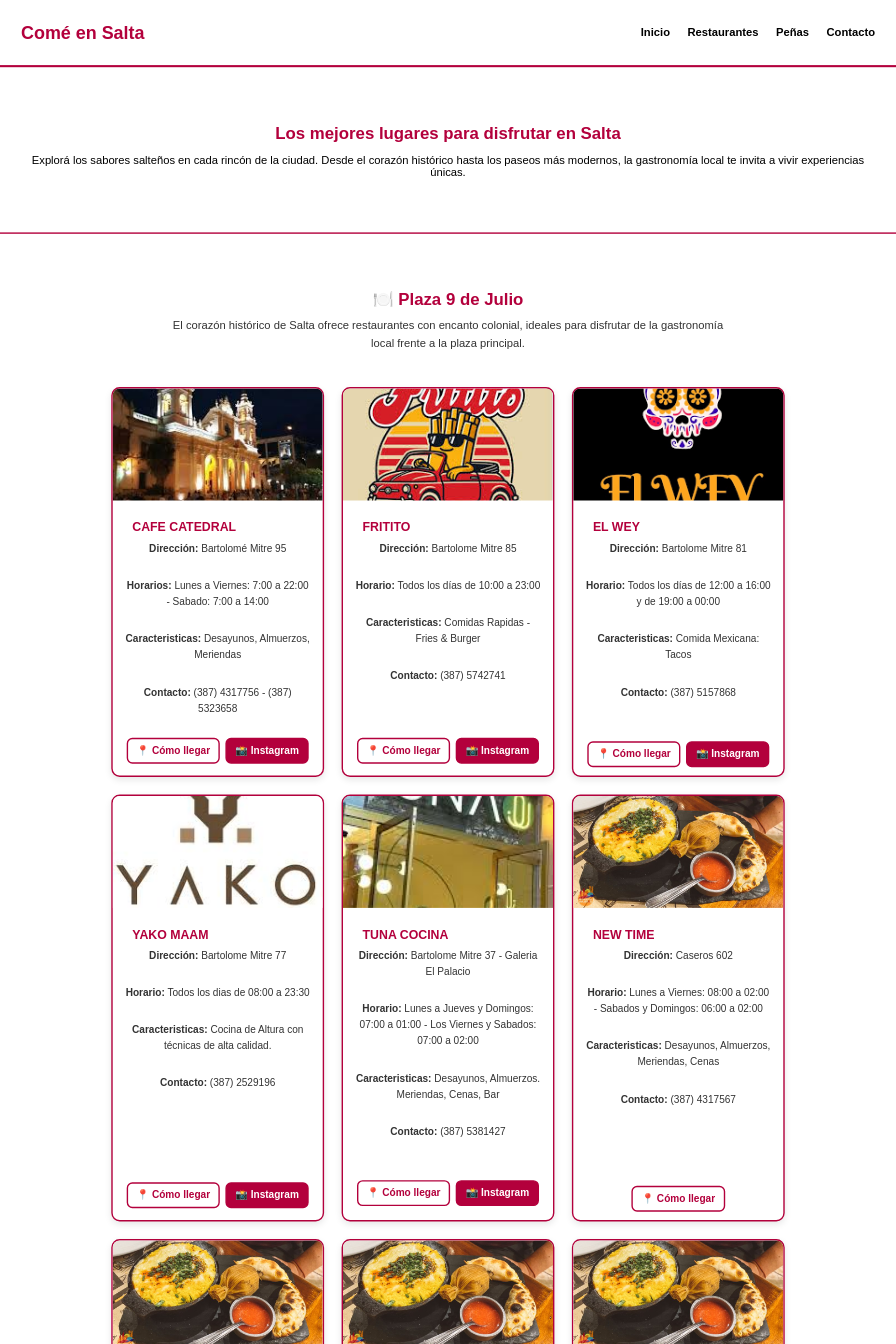
Repository: nahir95/come-en-salta
Page: restaurantes.html
An editor plug-in stored every save of this project. The page is shown before and after the next save, followed by the edit.
The browser window is 1280 px wide. The pictures show the part of the page from y = 0 to 1920 px (the page is 6195 px tall), at 70% of full size.

Above is the page before, as saved 2025-11-12 02:40:51.

### restaurantes.html
<!doctype html>
<html lang="es">
<head>
  <meta charset="utf-8" />
  <meta name="viewport" content="width=device-width, initial-scale=1" />
  <title>Restaurantes - Comé en Salta</title>
  <link rel="stylesheet" href="style.css">
</head>

<body>
  <header>
    <h1>Comé en Salta</h1>
    <nav>
      <a href="index.html">Inicio</a>
      <a href="restaurantes.html">Restaurantes</a>
      <a href="penas.html">Peñas</a>
      <a href="#contacto">Contacto</a>
    </nav>
  </header>

  <main class="restaurantes">
    <section class="intro">
      <h2>Los mejores lugares para disfrutar en Salta</h2>
      <p>Explorá los sabores salteños en cada rincón de la ciudad. Desde el corazón histórico hasta los paseos más modernos, la gastronomía local te invita a vivir experiencias únicas.</p>
    </section>

    <!-- PLAZA 9 DE JULIO -->
<section id="plaza9" class="zona">
  <h2>🍽️ Plaza 9 de Julio</h2>
  <p>El corazón histórico de Salta ofrece restaurantes con encanto colonial, ideales para disfrutar de la gastronomía local frente a la plaza principal.</p>

  <div class="zona-grid">

    <!-- Restaurante 1 -->
    <article class="card restaurante">
      <img src="imagenes/cafe-catedral.jpeg" alt="El Solar del Convento">
      <div class="card-content">
        <h3>CAFE CATEDRAL</h3>
        <p><strong>Dirección:</strong> Bartolomé Mitre 95</p>
        <p><strong>Horarios:</strong> Lunes a Viernes: 7:00 a 22:00 - Sabado: 7:00 a 14:00</p>
        <p><strong>Caracteristicas:</strong> Desayunos, Almuerzos, Meriendas</p>
        <p><strong>Contacto:</strong> (387) 4317756 - (387) 5323658</p>
        <div class="btns-resto">
          <a href="https://maps.app.goo.gl/VMKrjFsvunXBDcr2A" target="_blank" class="btn">📍 Cómo llegar</a>
          <a href="https://www.instagram.com/cafecatedral_?igsh=MnE1amYwa3dqeDF6" target="_blank" class="btn btn-secundario">📸 Instagram</a>
        </div>
      </div>
    </article>

    <!-- Restaurante 2 -->
    <article class="card restaurante">
      <img src="imagenes/fritito.jpeg" alt="Fritito">
      <div class="card-content">
        <h3>FRITITO</h3>
        <p><strong>Dirección:</strong> Bartolome Mitre 85</p>
        <p><strong>Horario:</strong> Todos los días de 10:00 a 23:00</p>
        <p><strong>Caracteristicas:</strong> Comidas Rapidas - Fries & Burger</p>
        <p><strong>Contacto:</strong> (387) 5742741</p> <br> <br>
        <div class="btns-resto">
          <a href="https://maps.app.goo.gl/fA5zTu5r4aBTFWrC6?g_st=aw" target="_blank" class="btn">📍 Cómo llegar</a>
          <a href="https://www.instagram.com/fritito.salta?igsh=MXFieXNvZHdlZHZzZg==" target="_blank" class="btn btn-secundario">📸 Instagram</a>
        </div>
      </div>
    </article>

    <!-- Restaurante 3 -->
     <article class="card restaurante">
      <img src="imagenes/el-wey.png" alt="El Wey">
      <div class="card-content">
        <h3>EL WEY</h3>
        <p><strong>Dirección:</strong> Bartolome Mitre 81</p>
        <p><strong>Horario:</strong> Todos los días de 12:00 a 16:00 y de 19:00 a 00:00</p>
        <p><strong>Caracteristicas:</strong> Comida Mexicana: Tacos</p>
        <p><strong>Contacto:</strong> (387) 5157868</p> <br>
        <div class="btns-resto">
          <a href="https://maps.app.goo.gl/HWUzTfTShyvQshCx5?g_st=aw" target="_blank" class="btn">📍 Cómo llegar</a>
          <a href="https://www.instagram.com/el_wey_tacos?igsh=Mzk2ZTZzdmM3N3g5" target="_blank" class="btn btn-secundario">📸 Instagram</a>
        </div>
      </div>
     </article>

     <!-- Restaurante 4 -->
      <article class="card restaurante">
        <img src="imagenes/yako.jpeg" alt="Yako">
        <div class="card-content">
          <h3>YAKO MAAM</h3>
          <P><strong>Dirección:</strong> Bartolome Mitre 77</P>
          <p><strong>Horario:</strong> Todos los dias de 08:00 a 23:30</p>
          <p><strong>Caracteristicas:</strong> Cocina de Altura con técnicas de alta calidad.</p>
          <p><strong>Contacto:</strong> (387) 2529196</p> <br> <br> <br> <br> <br>
           <div class="btns-resto">
          <a href="https://maps.app.goo.gl/gud9KhsUfRgktwaAA?g_st=aw" target="_blank" class="btn">📍 Cómo llegar</a>
          <a href="https://www.instagram.com/yako.maam?igsh=ZW82NnRrNmltaHpj" target="_blank" class="btn btn-secundario">📸 Instagram</a>
        </div>
        </div>
      </article>

       <!-- Restaurante 5 -->
     <article class="card restaurante">
      <img src="imagenes/tuna.jpeg" alt="Tuna Cocina">
      <div class="card-content">
        <h3>TUNA COCINA</h3>
        <p><strong>Dirección:</strong> Bartolome Mitre 37 - Galeria El Palacio</p>
        <p><strong>Horario:</strong> Lunes a Jueves y Domingos: 07:00 a 01:00 - Los Viernes y Sabados: 07:00 a 02:00</p>
        <p><strong>Caracteristicas:</strong> Desayunos, Almuerzos. Meriendas, Cenas, Bar</p>
        <p><strong>Contacto:</strong> (387) 5381427</p> <br>
        <div class="btns-resto">
          <a href="https://maps.app.goo.gl/PCjznmCm7fmgmqhf8?g_st=aw" target="_blank" class="btn">📍 Cómo llegar</a>
          <a href="https://www.instagram.com/tunacocina?igsh=bWRpaGdxN2wyMXRj" target="_blank" class="btn btn-secundario">📸 Instagram</a>
        </div>
      </div>
     </article>

      <!-- Restaurante 6 -->
     <article class="card restaurante">
      <img src="imagenes/carrusel-1.jpg" alt="New Time">
      <div class="card-content">
        <h3>NEW TIME</h3>
        <p><strong>Dirección:</strong> Caseros 602</p>
        <p><strong>Horario:</strong> Lunes a Viernes: 08:00 a 02:00 - Sabados y Domingos: 06:00 a 02:00</p>
        <p><strong>Caracteristicas:</strong> Desayunos, Almuerzos, Meriendas, Cenas</p>
        <p><strong>Contacto:</strong> (387) 4317567</p> <br> <br> <br> <br>
        <div class="btns-resto">
          <a href="https://maps.app.goo.gl/SDz5q4yyxKZGqRi97?g_st=aw" target="_blank" class="btn">📍 Cómo llegar</a>
        </div>
      </div>
     </article>

      <!-- Restaurante 7 -->
     <article class="card restaurante">
      <img src="imagenes/carrusel-1.jpg" alt="La Casona del Cabildo">
      <div class="card-content">
        <h3>LA CASONA DEL CABILDO</h3>
        <p><strong>Dirección:</strong> Caseros 519</p>
        <p><strong>Horario:</strong> Todos los días de 08:00 a 02:00</p>
        <p><strong>Caracteristicas:</strong> Restaurante - Confiteria - Bar</p>
        <p><strong>Contacto:</strong> (387) 5860954</p> <br> <br>
        <div class="btns-resto">
          <a href="https://maps.app.goo.gl/SqyFGXWdCELtACJa8?g_st=aw" target="_blank" class="btn">📍 Cómo llegar</a>
          <a href="https://www.instagram.com/lacasonadelcabildo?igsh=MThnNnZqaWN6cmZneg==" target="_blank" class="btn btn-secundario">📸 Instagram</a>
        </div>
      </div>
     </article>

      <!-- Restaurante 8 -->
     <article class="card restaurante">
      <img src="imagenes/carrusel-1.jpg" alt="Pulperia 1910">
      <div class="card-content">
        <h3>PULPERIA 1910</h3>
        <p><strong>Dirección:</strong> Caseros 511</p>
        <p><strong>Horario:</strong> Todos los días de 12:00 a 15:00 y de 18:00 a 01:00</p>
        <p><strong>Caracteristicas:</strong> Restaurante - Confiteria - Bar</p>
        <p><strong>Contacto:</strong> - </p> <br>
        <div class="btns-resto">
          <a href="https://maps.app.goo.gl/pwbjSTetp75Qohrx8?g_st=aw" target="_blank" class="btn">📍 Cómo llegar</a>
          <a href="https://www.instagram.com/pulperia.1910?igsh=dnhlMGJxeWgxdmh1" target="_blank" class="btn btn-secundario">📸 Instagram</a>
        </div>
      </div>
     </article>

      <!-- Restaurante 9 -->
     <article class="card restaurante">
      <img src="imagenes/carrusel-1.jpg" alt="La Casona del Cabildo">
      <div class="card-content">
        <h3>LA CASONA DEL CABILDO</h3>
        <p><strong>Dirección:</strong> Caseros 519</p>
        <p><strong>Horario:</strong> Todos los días de 08:00 a 02:00</p>
        <p><strong>Caracteristicas:</strong> Restaurante - Confiteria - Bar</p>
        <p><strong>Contacto:</strong> (387) 5860954</p> <br> <br>
        <div class="btns-resto">
          <a href="https://maps.app.goo.gl/SqyFGXWdCELtACJa8?g_st=aw" target="_blank" class="btn">📍 Cómo llegar</a>
          <a href="https://www.instagram.com/lacasonadelcabildo?igsh=MThnNnZqaWN6cmZneg==" target="_blank" class="btn btn-secundario">📸 Instagram</a>
        </div>
      </div>
     </article>

      <!-- Restaurante 10 -->
     <article class="card restaurante">
      <img src="imagenes/carrusel-1.jpg" alt="La Casona del Cabildo">
      <div class="card-content">
        <h3>LA CASONA DEL CABILDO</h3>
        <p><strong>Dirección:</strong> Caseros 519</p>
        <p><strong>Horario:</strong> Todos los días de 08:00 a 02:00</p>
        <p><strong>Caracteristicas:</strong> Restaurante - Confiteria - Bar</p>
        <p><strong>Contacto:</strong> (387) 5860954</p> <br>
        <div class="btns-resto">
          <a href="https://maps.app.goo.gl/SqyFGXWdCELtACJa8?g_st=aw" target="_blank" class="btn">📍 Cómo llegar</a>
          <a href="https://www.instagram.com/lacasonadelcabildo?igsh=MThnNnZqaWN6cmZneg==" target="_blank" class="btn btn-secundario">📸 Instagram</a>
        </div>
      </div>
     </article>

      <!-- Restaurante 11 -->
     <article class="card restaurante">
      <img src="imagenes/carrusel-1.jpg" alt="La Casona del Cabildo">
      <div class="card-content">
        <h3>LA CASONA DEL CABILDO</h3>
        <p><strong>Dirección:</strong> Caseros 519</p>
        <p><strong>Horario:</strong> Todos los días de 08:00 a 02:00</p>
        <p><strong>Caracteristicas:</strong> Restaurante - Confiteria - Bar</p>
        <p><strong>Contacto:</strong> (387) 5860954</p> <br>
        <div class="btns-resto">
          <a href="https://maps.app.goo.gl/SqyFGXWdCELtACJa8?g_st=aw" target="_blank" class="btn">📍 Cómo llegar</a>
          <a href="https://www.instagram.com/lacasonadelcabildo?igsh=MThnNnZqaWN6cmZneg==" target="_blank" class="btn btn-secundario">📸 Instagram</a>
        </div>
      </div>
     </article>

      <!-- Restaurante 12 -->
     <article class="card restaurante">
      <img src="imagenes/carrusel-1.jpg" alt="La Casona del Cabildo">
      <div class="card-content">
        <h3>LA CASONA DEL CABILDO</h3>
        <p><strong>Dirección:</strong> Caseros 519</p>
        <p><strong>Horario:</strong> Todos los días de 08:00 a 02:00</p>
        <p><strong>Caracteristicas:</strong> Restaurante - Confiteria - Bar</p>
        <p><strong>Contacto:</strong> (387) 5860954</p> <br>
        <div class="btns-resto">
          <a href="https://maps.app.goo.gl/SqyFGXWdCELtACJa8?g_st=aw" target="_blank" class="btn">📍 Cómo llegar</a>
          <a href="https://www.instagram.com/lacasonadelcabildo?igsh=MThnNnZqaWN6cmZneg==" target="_blank" class="btn btn-secundario">📸 Instagram</a>
        </div>
      </div>
     </article>




  </div>
</section>


    <!-- PASEO BALCARCE -->
    <section id="balcarce" class="zona">
      <h2>🎶 Paseo Balcarce</h2>
      <p>Uno de los lugares más animados de la ciudad. Aquí se mezclan la comida regional, la música y la vida nocturna salteña. Peñas, bares y restaurantes llenan de energía cada noche.</p>

      <div class="zona-grid">
        <article class="card">
          <img src="https://images.unsplash.com/photo-1528605248644-14dd04022da1?w=800" alt="Paseo Balcarce Salta">
          <h3>La Vieja Estación</h3>
          <p>Tradicional peña y restaurante con show en vivo. Ideal para probar empanadas y locro.</p>
        </article>
        <article class="card">
          <img src="https://images.unsplash.com/photo-1600891964599-f61ba0e24092?w=800" alt="Restaurante moderno en Balcarce">
          <h3>La Monumental</h3>
          <p>Restaurante moderno con opciones gourmet y coctelería de autor.</p>
        </article>
      </div>
    </section>

    <!-- PASEO GÜEMES -->
    <section id="guemes" class="zona">
      <h2>🍷 Paseo Güemes</h2>
      <p>La zona joven y moderna de Salta. Ideal para quienes buscan cocina contemporánea, bares y terrazas con estilo. Un punto de encuentro entre turistas y locales.</p>

      <div class="zona-grid">
        <article class="card">
          <img src="https://images.unsplash.com/photo-1615719413546-198b25453f85?w=800" alt="Paseo Güemes">
          <h3>El Charrúa</h3>
          <p>Especialidad en carnes a la parrilla y vinos de altura. Un clásico salteño imperdible.</p>
        </article>
        <article class="card">
          <img src="https://images.unsplash.com/photo-1551218808-94e220e084d2?w=800" alt="Café moderno">
          <h3>Baco Resto Bar</h3>
          <p>Ambiente moderno y excelente coctelería, ideal para compartir entre amigos.</p>
        </article>
      </div>
    </section>

    <!-- CADENAS DE COMIDAS RÁPIDAS -->
    <section id="rapidas" class="zona">
      <h2>🍔 Cadenas de Comidas Rápidas</h2>
      <p>También hay opciones para quienes buscan algo rápido y conocido. Las principales cadenas se encuentran cerca del centro y los shoppings.</p>

      <ul class="lista-rapidas">
        <li>McDonald’s – Shopping Alto NOA</li>
        <li>Burger King – Caseros 500</li>
        <li>Mostaza – Paseo Güemes</li>
        <li>Subway – Balcarce 50</li>
      </ul>
    </section>

    <!-- EXTRA: RESTAURANTES DESTACADOS -->
    <section id="destacados" class="zona">
      <h2>⭐ Recomendados por los turistas</h2>
      <p>Según visitantes y locales, estos son algunos de los restaurantes imperdibles para vivir la experiencia completa de la gastronomía salteña.</p>
      <div class="zona-grid">
        <article class="card">
          <img src="https://images.unsplash.com/photo-1504674900247-0877df9cc836?w=800" alt="Empanadas salteñas">
          <h3>Doña Salta</h3>
          <p>Empanadas caseras, locro y guisos típicos en un ambiente colonial.</p>
        </article>
        <article class="card">
          <img src="https://images.unsplash.com/photo-1601924582971-c8b28a3a13f1?w=800" alt="Locro salteño">
          <h3>El Patio de la Empanada</h3>
          <p>Conocido por su sabor auténtico y precios populares. Ideal para turistas.</p>
        </article>
      </div>
    </section>
  </main>

  <footer>
    Creado con ❤️ por Comé en Salta · 2025
  </footer>
</body>
</html>

### style.css
/* ==========================
   ESTILOS GENERALES
========================== */
body {
  margin: 0;
  font-family: 'Poppins', sans-serif;
  background-color: #fff;
  color: #000;
}

/* ==========================
   HEADER
========================== */
header {
  display: flex;
  justify-content: space-between;
  align-items: center;
  background-color: #fff;
  padding: 15px 30px;
  border-bottom: 3px solid #b3003c;
}

header h1 {
  color: #b3003c;
  font-size: 1.6rem;
}

nav {
  display: flex;
  gap: 25px;
}

nav a {
  text-decoration: none;
  color: #000;
  font-weight: 600;
  transition: color 0.3s ease;
}

nav a:hover {
  color: #b3003c;
}

/* ==========================
   CARRUSEL (HERO)
========================== */
.hero {
  position: relative;
  width: 100%;
  overflow: hidden;
}

.carousel-container {
  position: relative;
  width: 100%;
  height: 80vh;
}

.carousel {
  display: flex;
  width: 300%;
  transition: transform 0.8s ease-in-out;
}

.carousel img {
  width: 100%;
  height: 80vh;
  object-fit: cover;
  filter: brightness(0.7);
}

/* Botones del carrusel */
.btn-carrusel {
  position: absolute;
  top: 50%;
  transform: translateY(-50%);
  background-color: rgba(179, 0, 60, 0.8);
  color: white;
  border: none;
  font-size: 2rem;
  padding: 10px 15px;
  cursor: pointer;
  border-radius: 50%;
  transition: background 0.3s ease;
}

.btn-carrusel:hover {
  background-color: #b3003c;
}

#prev { left: 20px; }
#next { right: 20px; }

/* Texto sobre el carrusel */
.overlay {
  position: absolute;
  top: 50%;
  left: 50%;
  transform: translate(-50%, -50%);
  color: white;
  text-align: center;
  text-shadow: 0 2px 5px rgba(0,0,0,0.7);
}

.overlay h2 {
  font-size: 2rem;
  color: #fff;
  margin-bottom: 10px;
}

.overlay p {
  font-size: 1.2rem;
}

/* ==========================
   SECCIÓN INICIO
========================== */
.inicio {
  text-align: center;
  padding: 80px 20px;
  background-color: #fff;
}

.inicio h2 {
  color: #b3003c;
  font-size: 2rem;
  margin-bottom: 15px;
}

.inicio p {
  max-width: 800px;
  margin: 0 auto 30px auto;
  color: #333;
  line-height: 1.6;
}

/* BOTONES PRINCIPALES */
.inicio-buttons .btn {
  display: inline-block;
  margin: 10px;
  padding: 12px 24px;
  border: 2px solid #b3003c;
  border-radius: 8px;
  color: #b3003c;
  background: transparent;
  text-decoration: none;
  font-weight: 600;
  transition: all 0.3s ease;
}

.inicio-buttons .btn:hover {
  background: #b3003c;
  color: white;
}
/* ==========================
   SECCIÓN "POR QUÉ COMER EN SALTA"
========================== */
.porque {
  text-align: center;
  padding: 60px 20px;
  background-color: #f7f7f7;
  border-top: 2px solid #b3003c;
  border-bottom: 2px solid #b3003c;
}

.porque h2 {
  color: #b3003c;
  margin-bottom: 15px;
}

.porque p {
  max-width: 800px;
  margin: auto;
  font-size: 1.1rem;
  color: #333;
  line-height: 1.6;
}

/* ==========================
   SABORES
========================== */
.sabores {
  padding: 60px 20px;
  background-color: #fff;
  text-align: center;
}

.sabores h2 {
  color: #b3003c;
  margin-bottom: 25px;
}

.sabores-grid {
  display: grid;
  grid-template-columns: repeat(auto-fit, minmax(220px, 1fr));
  gap: 25px;
}

.plato {
  background: #fff;
  border-radius: 12px;
  border: 2px solid #b3003c;
  overflow: hidden;
  transition: transform 0.3s ease, box-shadow 0.3s ease;
}

.plato:hover {
  transform: scale(1.05);
  box-shadow: 0 4px 12px rgba(0,0,0,0.15);
}

.plato img {
  width: 100%;
  height: 160px;
  object-fit: cover;
}

.plato h3 {
  padding: 12px;
  color: #b3003c;
}

/* ==========================
   FRASE FINAL
========================== */
.frase {
  background: #b3003c;
  color: white;
  text-align: center;
  padding: 40px 10px;
  font-style: italic;
  font-size: 1.2rem;
}

/* ==========================
   FOOTER
========================== */
footer {
  background-color: #fff;
  color: #333;
  text-align: center;
  padding: 20px;
  border-top: 3px solid #b3003c;
  font-weight: 500;
}
.carousel-container {
  position: relative;
  overflow: hidden;
  width: 100%;
  height: 400px;
}

.carousel {
  display: flex;
  transition: transform 1s ease;
  width: 100%;
  height: 100%;
}

.carousel img {
  flex: 0 0 100%;
  width: 100%;
  height: 100%;
  object-fit: cover;
}
/* ==========================
   RESTAURANTES
========================== */
.restaurantes .intro {
  text-align: center;
  padding: 60px 20px;
}

.restaurantes .intro h2 {
  color: #b3003c;
  margin-bottom: 10px;
}

.restaurantes .zona {
  padding: 60px 20px;
  border-top: 2px solid #b3003c;
  background-color: #fff;
}

.restaurantes .zona h2 {
  color: #b3003c;
  margin-bottom: 10px;
  text-align: center;
}

.restaurantes .zona p {
  text-align: center;
  max-width: 800px;
  margin: 0 auto 30px auto;
  line-height: 1.6;
  color: #333;
}

.zona-grid {
  display: grid;
  grid-template-columns: repeat(auto-fit, minmax(250px, 1fr));
  gap: 25px;
}

.card {
  background: #fff;
  border: 2px solid #b3003c;
  border-radius: 10px;
  overflow: hidden;
  transition: transform 0.3s ease, box-shadow 0.3s ease;
}

.card:hover {
  transform: scale(1.05);
  box-shadow: 0 4px 12px rgba(0,0,0,0.15);
}

.card img {
  width: 100%;
  height: 180px;
  object-fit: cover;
}

.card h3 {
  margin: 12px;
  color: #b3003c;
}

.card p {
  margin: 0 12px 15px 12px;
  color: #333;
}

.lista-rapidas {
  max-width: 600px;
  margin: 0 auto;
  list-style: none;
  padding: 0;
  text-align: center;
}

.lista-rapidas li {
  background: #f8f8f8;
  border: 1px solid #b3003c;
  padding: 10px;
  border-radius: 6px;
  margin-bottom: 8px;
  color: #333;
  transition: background 0.3s;
}

.lista-rapidas li:hover {
  background: #b3003c;
  color: white;
}
/* === Contenedor general de las tarjetas === */
.zona-grid {
  display: flex;
  flex-wrap: wrap;
  justify-content: center; /* 🔹 centra todas las tarjetas */
  gap: 25px; /* espacio entre tarjetas */
  max-width: 1000px; /* 🔹 limita el ancho total del grid */
  margin: 0 auto; /* centra el bloque en la página */
  padding: 20px;
}

/* === Tarjetas de restaurantes === */
.restaurante {
  background: #fff;
  border: 2px solid #b3003c;
  border-radius: 12px;
  overflow: hidden;
  flex: 1 1 calc(33.333% - 40px); /* 🔹 3 por fila con espacio */
  max-width: 300px; /* evita que crezcan demasiado */
  box-shadow: 0 4px 10px rgba(0,0,0,0.1);
  transition: transform 0.3s ease, box-shadow 0.3s ease;
}

.restaurante:hover {
  transform: translateY(-5px);
  box-shadow: 0 6px 16px rgba(0,0,0,0.15);
}

.restaurante img {
  width: 100%;
  height: 160px;
  object-fit: cover;
}

.restaurante .card-content {
  padding: 12px 16px;
}

.restaurante h3 {
  color: #b3003c;
  font-size: 1.1rem;
  margin-bottom: 8px;
}

.restaurante p {
  color: #333;
  margin: 4px 0;
  font-size: 0.9rem;
}

/* === Botones === */
.btns-resto {
  display: flex;
  justify-content: center;
  gap: 8px;
  margin-top: 10px;
  flex-wrap: wrap;
}

.btns-resto .btn {
  display: inline-block;
  text-align: center;
  padding: 8px 12px;
  border: 2px solid #b3003c;
  border-radius: 8px;
  text-decoration: none;
  color: #b3003c;
  font-weight: 600;
  transition: all 0.3s ease;
  font-size: 0.9rem;
}

.btns-resto .btn:hover {
  background: #b3003c;
  color: #fff;
}

.btns-resto .btn-secundario {
  background: #b3003c;
  color: #fff;
}

.btns-resto .btn-secundario:hover {
  background: transparent;
  color: #b3003c;
}

After the next save:
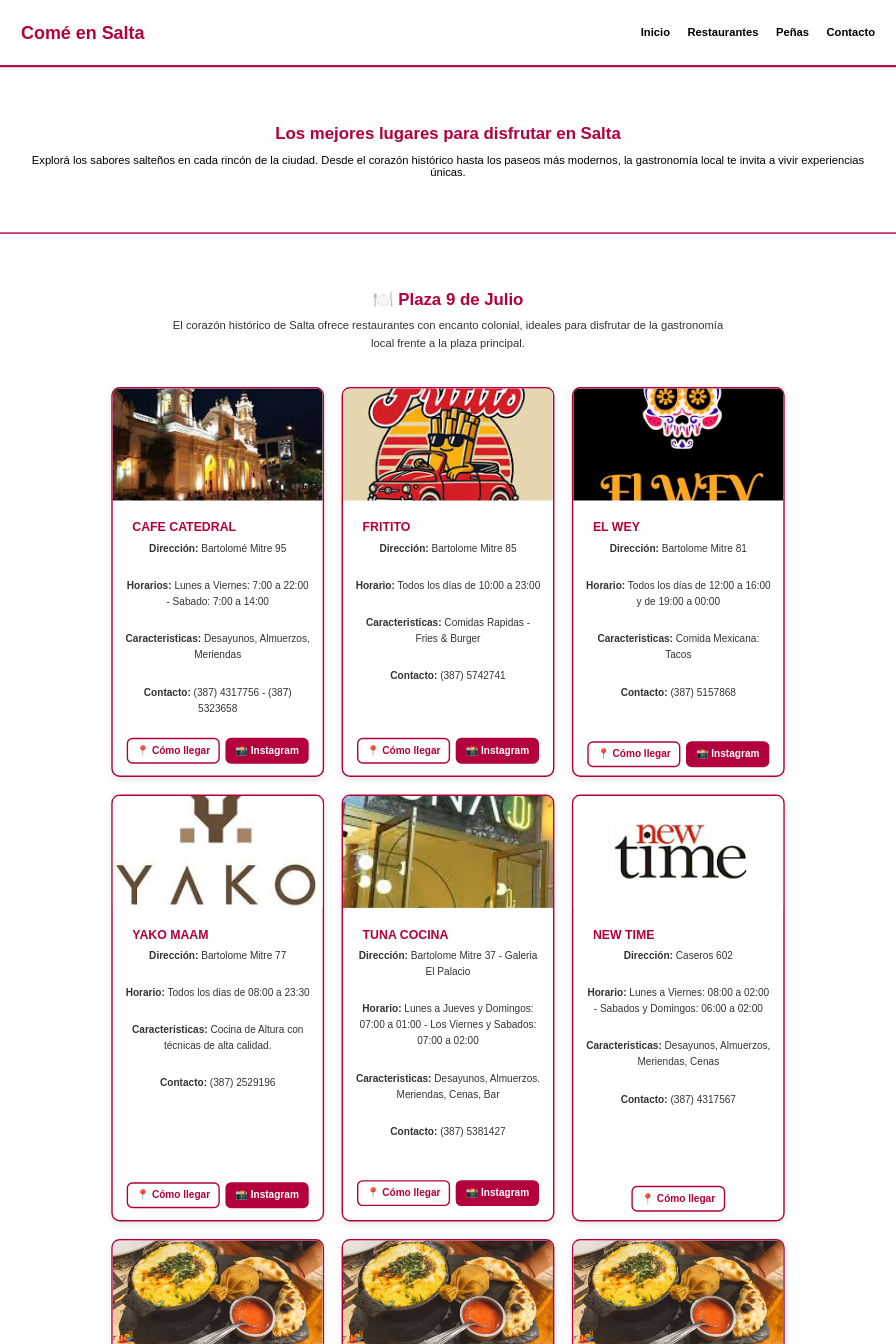
Saved 75 s later.
--- a/restaurantes.html
+++ b/restaurantes.html
@@ -113,7 +113,7 @@
 
       <!-- Restaurante 6 -->
      <article class="card restaurante">
-      <img src="imagenes/carrusel-1.jpg" alt="New Time">
+      <img src="imagenes/new-time.png" alt="New Time">
       <div class="card-content">
         <h3>NEW TIME</h3>
         <p><strong>Dirección:</strong> Caseros 602</p>
